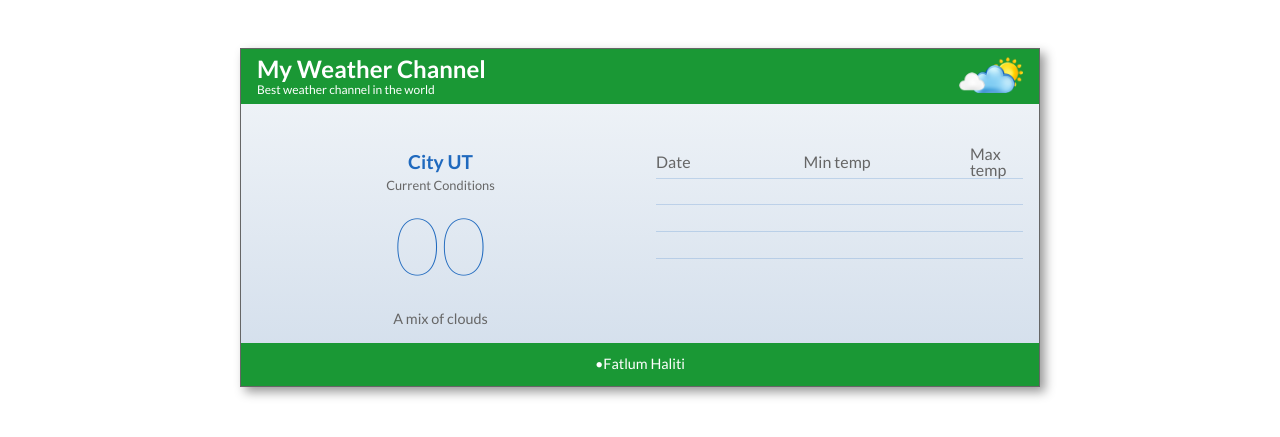
Repository: thinsanta/weather-site
Page: index.html
These files come from the project's save history. The page is drawn as it stood at one moment and after the next save; the edit follows.
The browser window is 1280 px wide. The pictures show the whole page.
The page's requests for data from a server got no answer.

Above is the page before, as saved 2019-10-28 11:41:13.

### index.html
<!doctype html>
<html lang="en">
<head>
<meta charset="utf-8">


<title>My Weather Channel</title>

<!-- TELLS PHONES NOT TO LIE ABOUT THEIR WIDTH & stops the font from enlarging when a phone is turned sideways-->
<meta name="viewport" content="width=device-width, initial-scale=1, maximum-scale=1">

<!-- *************** LOAD A GOOGLE FONT ****************** -->
<link href="https://fonts.googleapis.com/css?family=Lato:100,400,700" rel="stylesheet">

<!-- STYLE SHEETS -->
<link href="css/styles.css" rel="stylesheet">

<!-- removes the browser interface -->
<meta name="apple-mobile-web-app-capable" content="yes">
<meta name="mobile-web-app-capable" content="yes">

<meta name="apple-mobile-web-app-title" content="Weather">


<!--[if lt IE 9]>
	<script src="http://html5shim.googlecode.com/svn/trunk/html5.js"></script>
	<script src="http://css3-mediaqueries-js.googlecode.com/svn/trunk/css3-mediaqueries.js"></script>
<![endif]-->

</head>
<body>
	<div id="wrapper">
	<header>
		<figure class="wu"><img src="images/weatherLogo.png"></figure>
    <h1>My Weather Channel</h1>
    <h2>Best weather channel in the world</h2>
    </header>




<!-- page content here -->
<main>
<section id="left">
	<div id="location">City UT</div>
	<div id="weather">Current Conditions</div>
	<div id="temperature">00</div>
	<div id="desc">A mix of clouds</div>
</section>

<section id="right">

<div>
	<span id="r0c1">Date</span>
	<span id="r0c3">Min temp</span>
	<span id="r0c4">Max temp</span>
</div>

<div>
	<span id="r1c1"></span>
	<span> <img id="r1c2" ></span>
	<span id="r1c3"></span>
	<span id="r1c4"></span>
</div>
<div>
	<span id="r2c1"></span>
	<span> <img id="r2c2" ></span>
	<span id="r2c3"></span>
	<span id="r2c4"></span>
</div>
<div>
	<span id="r3c1"></span>
	<span> <img id="r3c2" ></span>
	<span id="r3c3"></span>
	<span id="r3c4"></span>
</div>
</section>







    </main><!-- end content -->


    <footer>
    <p>&bull;Fatlum Haliti</p>
    </footer>

		</div> <!-- end wrapper -->
</body>
	<script type="text/javascript" src="js/main.js"></script>
</html>

### css/styles.css
/* http://meyerweb.com/eric/tools/css/reset/
   v2.0 | 20110126
   License: none (public domain)
*/
html, body, div, span, applet, object, iframe,
h1, h2, h3, h4, h5, h6, p, blockquote, pre,
a, abbr, acronym, address, big, cite, code,
del, dfn, em, img, ins, kbd, q, s, samp,
small, strike, strong, sub, sup, tt, var,
b, u, i, center,
dl, dt, dd, ol, ul, li,
fieldset, form, label, legend,
table, caption, tbody, tfoot, thead, tr, th, td,
article, aside, canvas, details, embed,
figure, figcaption, footer, header, hgroup,
menu, nav, output, ruby, section, summary,
time, mark, audio, video {
  margin: 0;
  padding: 0;
  border: 0;
  font-size: 100%;
  font: inherit;
  vertical-align: baseline; }

/* HTML5 display-role reset for older browsers */
article, aside, details, figcaption, figure,
footer, header, hgroup, menu, nav, section {
  display: block; }

body {
  line-height: 1; }

ol, ul {
  list-style: none; }

blockquote, q {
  quotes: none; }

blockquote:before, blockquote:after,
q:before, q:after {
  content: '';
  content: none; }

table {
  border-collapse: collapse;
  border-spacing: 0; }

/* Prevents iPhone from resizing in landscape mode  */
html {
  -webkit-text-size-adjust: none; }

/*  apply a natural box layout model to all elements  */
* {
  -moz-box-sizing: border-box;
  -webkit-box-sizing: border-box;
  box-sizing: border-box; }

/* BODY  */
body {
  font-size: 16px;
  font-family: 'Lato', sans-serif;
  font-weight: 400;
  color: #666;
  background-color: #fff; }

div#wrapper {
  height: 100vh;
  position: relative;
  background: linear-gradient(#f3f6f9 0%, #d1ddeb 100%); }

/* HEADER  */
header {
  background-color: #1a9835;
  padding: .5rem 0 .5rem 2%; }

header h1, header h2 {
  color: white; }

header h1 {
  font-size: 1.5rem;
  font-weight: 700; }

header h2 {
  font-size: .75rem;
  font-weight: 400;
  padding-top: .2rem; }

header figure {
  float: right;
  width: 80px;
  padding-right: 2%; }

header figure img {
  width: 100%; }

nav {
  background-color: #1f69be;
  padding: 10px 2%; }
  nav input {
    width: 100px;
    padding: 5px 0 5px 10px;
    border: 1px solid #fff;
    border-radius: 5px;
    background-color: rgba(255, 255, 255, 0.5); }
  nav button {
    border: 1px solid #fff;
    background: linear-gradient(to bottom, rgba(255, 255, 255, 0.9) 0%, white 60%, rgba(255, 255, 255, 0.6) 100%);
    border-radius: 5px;
    padding: 5px 10px;
    margin-left: 4%; }

/*end nav*/
/* MAIN  */
main {
  min-height: 5em; }
  main #location {
    margin-top: 3rem;
    text-align: center;
    font-size: 1.2rem;
    font-weight: 700;
    color: #1f69be; }
  main #weather {
    margin-top: .5rem;
    text-align: center;
    font-size: .8rem;
    font-weight: 400; }
  main #temperature {
    margin-top: .75rem;
    text-align: center;
    font-size: 5rem;
    font-weight: 100;
    color: #1f69be; }
  main #desc {
    margin-top: .75rem;
    text-align: center;
    font-size: .9rem;
    font-weight: 400;
    padding: 4%; }
  main #right {
    margin-top: 2rem;
    padding: 0 1rem; }
  main #right img {
    width: 25px; }
  main #right div {
    border-bottom: 1px solid rgba(31, 105, 190, 0.2);
    padding-top: .6rem;
    display: flex;
    display: -ms-flexbox;
    flex-direction: row;
    -ms-flex-direction: row;
    flex-wrap: nowrap;
    align-items: center; }
  main #right div span:nth-child(1) {
    flex-basis: 40%;
    -ms-flex: 1 1 40%; }
  main #right div span:nth-child(2) {
    flex-grow: 1; }
  main #right div span:nth-child(3) {
    flex-grow: 1; }
  main #right div span:nth-child(4) {
    flex-grow: 1; }
    #r0c3{
      padding-left: 10%;
      width: 70%;
    }

/*  FOOTER  */
footer {
  position: fixed;
  bottom: 0;
  width: 100%;
  text-align: center;
  padding: 1em;
  background-color: #1a9835;
  color: #fff;
  font-size: .9rem; }

/* OTHER */
div.keepOpen {
  clear: both; }

@media only screen and (min-width: 480px) {
  #left, #right {
    float: left;
    width: 50%; } }
@media only screen and (min-width: 800px) {
  div#wrapper {
    max-width: 800px;
    margin: 3rem auto 0 auto;
    border: 1px solid #666;
    height: auto;
    box-shadow: 5px 5px 10px #999; }

  footer {
    clear: both;
    position: relative; } }

/*# sourceMappingURL=styles.css.map */

### js/main.js
/*jslint browser:true */
'use strict';

var weatherConditions = new XMLHttpRequest();
var weatherForecast = new XMLHttpRequest();
var cObj;
var fObj;

// GET THE CONDITIONS
weatherConditions.open('GET', 'http://api.openweathermap.org/data/2.5/weather?q=malmö,se&appid=e1137668a5448f4742c53b5e6df862cb&units=metric', true);
weatherConditions.responseType = 'text';
weatherConditions.send();

weatherConditions.onload = function() {
    if (weatherConditions.status === 200){
        cObj = JSON.parse(weatherConditions.responseText);
        console.log(cObj);
        document.getElementById('location').innerHTML=cObj.name;
        document.getElementById('temperature').innerHTML=cObj.main.temp;
        document.getElementById('desc').innerHTML="Wind speed: "+cObj.wind.speed+"m/s";
        document.getElementById('weather').innerHTML=cObj.weather[0].description;

    } //end if
}; //end function










// GET THE FORECARST
weatherForecast.open('GET', 'http://api.openweathermap.org/data/2.5/forecast?q=malmö,se&appid=e1137668a5448f4742c53b5e6df862cb&units=metric', true);
weatherForecast.responseType = 'text';
weatherForecast.send();

weatherForecast.onload = function() {
if (weatherForecast.status === 200){
	fObj = JSON.parse(weatherForecast.responseText);
    console.log(fObj);

//----------------DAY 1 ---------------------------------------

    var date_raw =fObj.list[0].dt_txt
    date_raw = date_raw.substring(2,16);
    document.getElementById('r1c1').innerHTML=date_raw;

    var iconcode = fObj.list[0].weather[0].icon;
    var icon_path = "http://openweathermap.org/img/w/" +iconcode+ ".png";
    document.getElementById('r1c2').src = icon_path;
    document.getElementById('r1c3').innerHTML = fObj.list[0].main.temp_min+"&deg;";
    document.getElementById('r1c4').innerHTML = fObj.list[0].main.temp_max+"&deg;";

//----------------DAY 2 ---------------------------------------

var date_raw =fObj.list[8].dt_txt
    date_raw = date_raw.substring(2,16);
    document.getElementById('r2c1').innerHTML=date_raw;

    var iconcode = fObj.list[8].weather[0].icon;
    var icon_path = "http://openweathermap.org/img/w/" +iconcode+ ".png";
    document.getElementById('r2c2').src = icon_path;
    document.getElementById('r2c3').innerHTML = fObj.list[0].main.temp_min+"&deg;";
    document.getElementById('r2c4').innerHTML = fObj.list[0].main.temp_max+"&deg;";

    //----------------DAY 3 ---------------------------------------

var date_raw =fObj.list[16].dt_txt
date_raw = date_raw.substring(2,16);
document.getElementById('r3c1').innerHTML=date_raw;

var iconcode = fObj.list[16].weather[0].icon;
var icon_path = "http://openweathermap.org/img/w/" +iconcode+ ".png";
document.getElementById('r3c2').src = icon_path;
document.getElementById('r3c3').innerHTML = fObj.list[0].main.temp_min+"&deg;";
document.getElementById('r3c4').innerHTML = fObj.list[0].main.temp_max+"&deg;";
} //end if
}; //end function

After the next save:
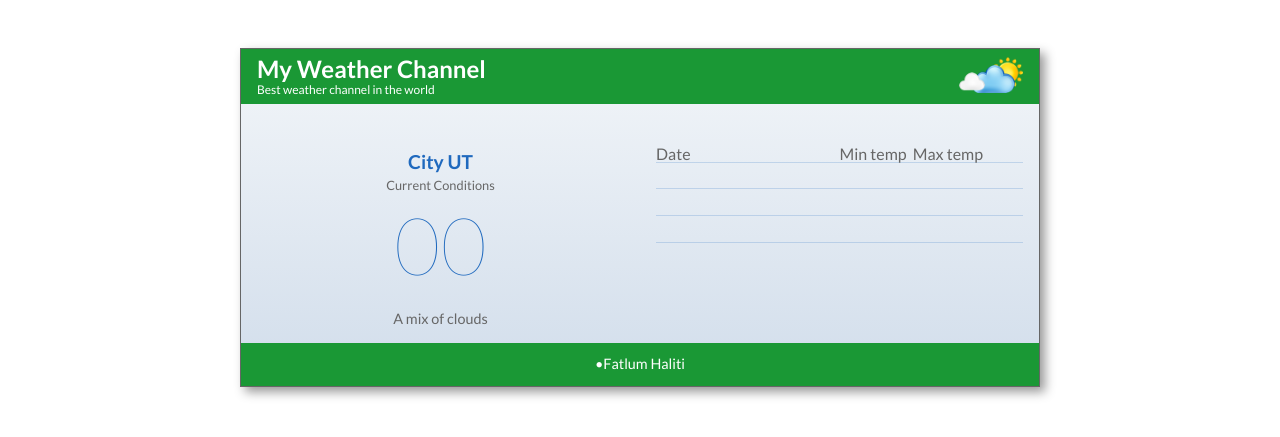
Saved 19 s later.
--- a/css/styles.css
+++ b/css/styles.css
@@ -161,7 +161,7 @@ main {
     flex-grow: 1; }
     #r0c3{
       padding-left: 10%;
-      width: 70%;
+      width: 70px;
     }
 
 /*  FOOTER  */
